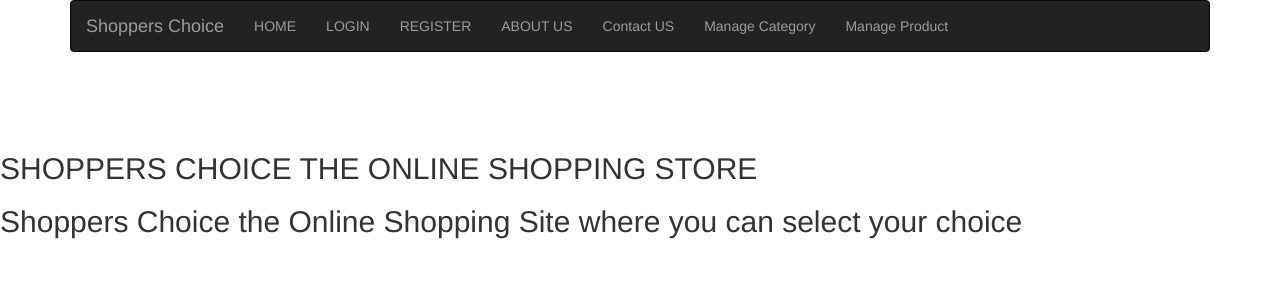
Repository: ShivaniSharma97/NewWorkspace
Page: http://localhost/ShoppersChoiceFrontend/WEB-INF/views/AboutUs.jsp
These files come from the project's save history. The page is drawn as it stood at one moment and after the next save; the edit follows.
The browser window is 1280 px wide. The pictures show the whole page.
The page is served by Tomcat 9. Nobody is signed in. Other server files are loaded and not shown. The template is opened directly, without the code that normally fills it, so the values that code supplies are empty.

Above is the page before, as saved 2019-02-12 16:55:04.

### ShoppersChoiceFrontend/src/main/webapp/WEB-INF/views/AboutUs.jsp
<%@ page language="java" contentType="text/html"%>
<%@include file="Header.jsp" %>
<html>
<head>
<title></title>
<body>
<h1><marquee>Welcome to my page</marquee></h1>
<h2><align="center">SHOPPERS CHOICE THE ONLINE SHOPPING STORE</h2>
<H3></H3>
<h2>Shoppers Choice the Online Shopping Site where you can select your choice</h2>
</body>
</html>

### ShoppersChoiceFrontend/src/main/webapp/WEB-INF/views/Header.jsp
<%@ page language="java" contentType="text/html"%>
<%@taglib uri="http://java.sun.com/jsp/jstl/core" prefix="c" %>
<html>
<head>
<meta charset="ISO-8859-1">
<title>$(pageinfo)Shoppers choice</title>
<link rel="stylesheet" href="https://maxcdn.bootstrapcdn.com/bootstrap/3.3.7/css/bootstrap.min.css">
<script src="https://ajax.googleapis.com/ajax/libs/jquery/3.3.1/jquery.min.js"></script>
<script src="https://maxcdn.bootstrapcdn.com/bootstrap/3.3.7/js/bootstrap.min.js"></script>
</head>
<body>
<Background img="C:\Users\ABHAY\Downloads.jfif" width="1300px" height="350px"/>
<div class="container">
    <nav class="navbar navbar-inverse">
        <div class="container-fluid">
           <div class="navbar-header">
               <a class="navbar-brand" href="#"> Shoppers Choice </a>
           </div>

           <ul class="nav navbar-nav">
             <li> <a href="home" />HOME </a></li>
             <li> <a href="login"/> LOGIN  </a></li>
             <li> <a href="register"/> REGISTER </a></li>
             <li> <a href="aboutUs"/> ABOUT US </a></li>
             <li> <a href="contactUs"/>Contact US </a></li>
             <li> <a href="category"/> Manage Category </a></li>
             <li> <a href="product"/> Manage Product </a></li>
             </ul>
             </div>
             </nav>
             </div>
             </body>
             </html>

After the next save:
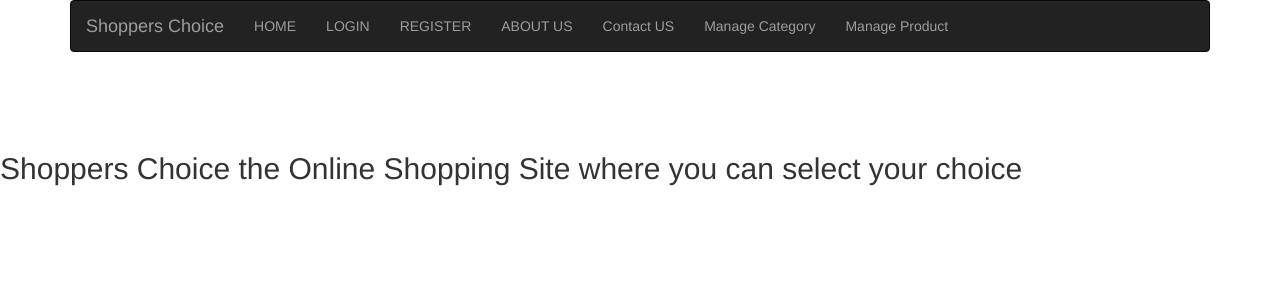
Saved 20 s later.
--- a/ShoppersChoiceFrontend/src/main/webapp/WEB-INF/views/AboutUs.jsp
+++ b/ShoppersChoiceFrontend/src/main/webapp/WEB-INF/views/AboutUs.jsp
@@ -5,7 +5,7 @@
 <title></title>
 <body>
 <h1><marquee>Welcome to my page</marquee></h1>
-<h2><align="center">SHOPPERS CHOICE THE ONLINE SHOPPING STORE</h2>
+<h2><align="center" SHOPPERS CHOICE THE ONLINE SHOPPING STORE/></h2>
 <H3></H3>
 <h2>Shoppers Choice the Online Shopping Site where you can select your choice</h2>
 </body>

After the save that followed:
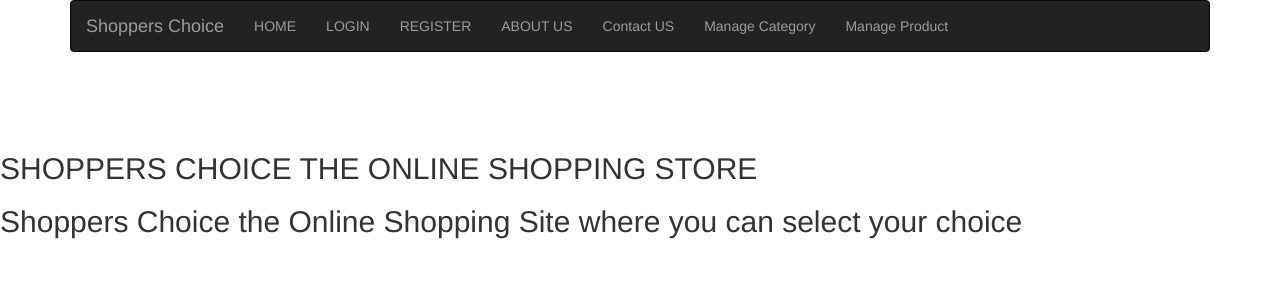
Saved 50 s later.
--- a/ShoppersChoiceFrontend/src/main/webapp/WEB-INF/views/AboutUs.jsp
+++ b/ShoppersChoiceFrontend/src/main/webapp/WEB-INF/views/AboutUs.jsp
@@ -5,7 +5,7 @@
 <title></title>
 <body>
 <h1><marquee>Welcome to my page</marquee></h1>
-<h2><align="center" SHOPPERS CHOICE THE ONLINE SHOPPING STORE/></h2>
+<h2><align="center">SHOPPERS CHOICE THE ONLINE SHOPPING STORE</h2>
 <H3></H3>
 <h2>Shoppers Choice the Online Shopping Site where you can select your choice</h2>
 </body>
